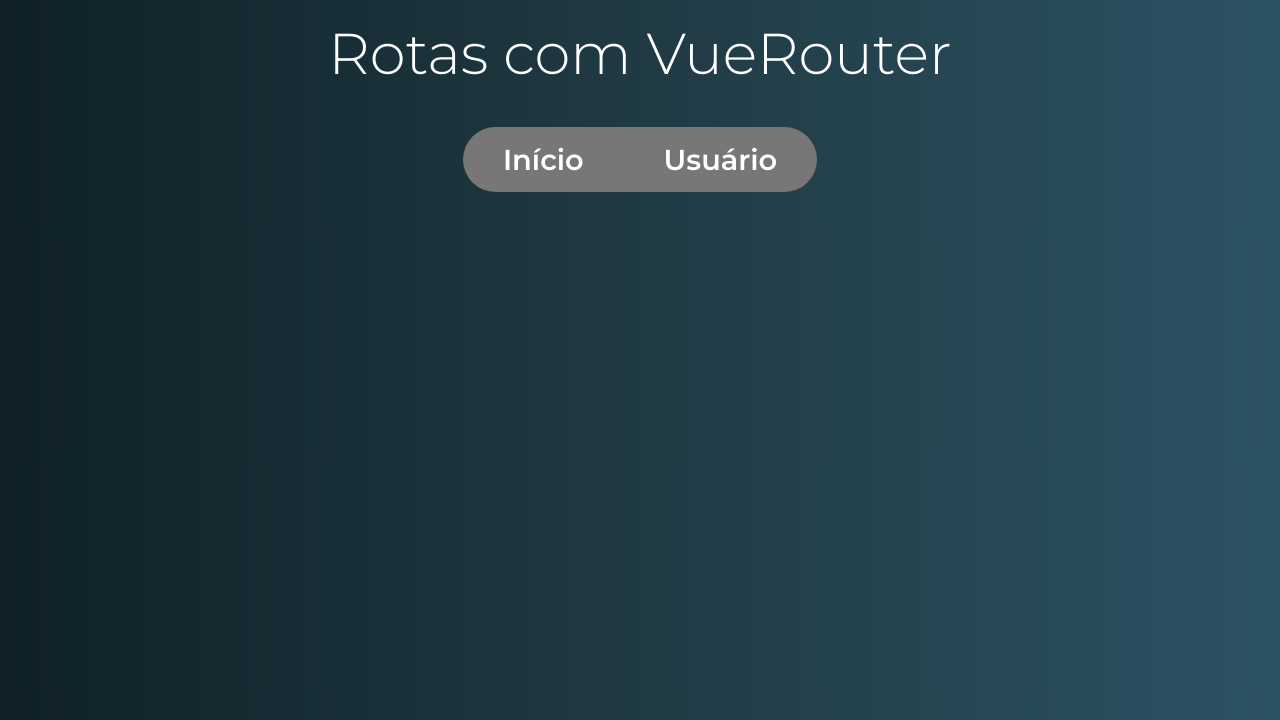
Repository: LucianoBitt/Curso_VueJS
Page: /usuario/10 (app in 14_rotas/rotas-exercicios/)
The author's editor kept a copy of each file at every save. The page is drawn from the files as they stood at one save, then again after the next save.
The browser window is 1280 px wide. The pictures show the whole page.
The project was rebuilt for these pictures with package versions that can differ from the ones it lists, and the page was loaded fresh each time. Also part of the build but not shown: 14_rotas/rotas-exercicios/src/components/Inicio.vue, 14_rotas/rotas-exercicios/src/components/usuario/Usuario.vue.

Above is the page before, as saved 2024-01-30 15:10:34.

### 14_rotas/rotas-exercicios/src/main.js
import '@/style.css'
import Vue from 'vue'
import App from '@/App.vue'
import router from '@/router'

Vue.config.productionTip = false

new Vue({
    router,
    render: h => h(App),
}).$mount('#app')

### 14_rotas/rotas-exercicios/src/App.vue
<template>
	<div id="app">
		<h1>Rotas com VueRouter</h1>
		<Menu />
		<router-view />
	</div>
</template>

<script>
import Menu from '@/components/template/Menu'
export default {
	components: { Menu },
}
</script>

<style>
	#app {
		display: flex;
		flex-direction: column;
		align-items: center;
	}
</style>

### 14_rotas/rotas-exercicios/src/router.js
import Vue from 'vue'
import Router from 'vue-router'
import Inicio from '@/components/Inicio'
import Usuario from '@/components/usuario/Usuario'

Vue.use(Router)

export default new Router({
    mode: 'history' + '',
    routes: [{
        path: '/',
        component: Inicio
    }, {
        path: '/usuario',
        component: Usuario
    }]
})

### 14_rotas/rotas-exercicios/src/components/template/Menu.vue
<template>
	<nav class="menu">
		<ul>
			<router-link to="/" tag="li"><a>Início</a></router-link>
			<router-link to="/usuario">Usuário</router-link>
		</ul>
	</nav>
</template>

<script>
export default {

}
</script>

<style>

</style>

Loaded but not shown: 14_rotas/rotas-exercicios/public/index.html (common file); 14_rotas/rotas-exercicios/src/style.css (common file)

After the next save:
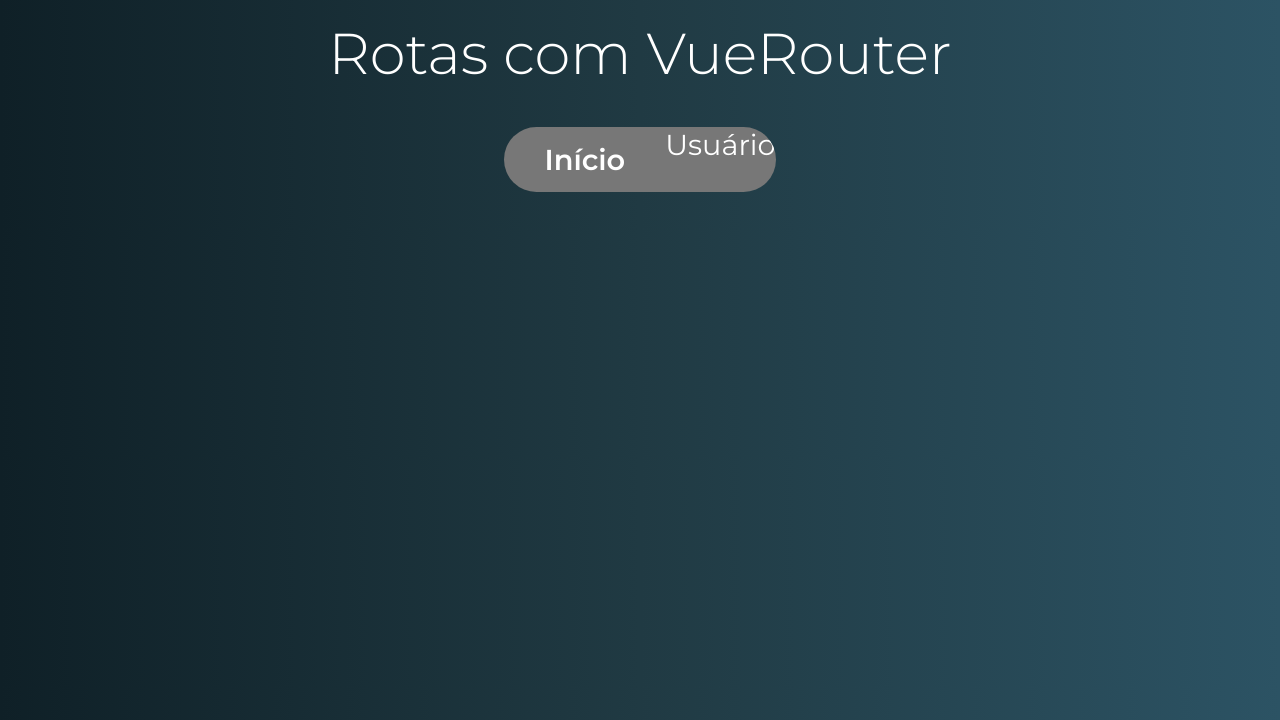
Saved 17 s later.
--- a/14_rotas/rotas-exercicios/src/components/template/Menu.vue
+++ b/14_rotas/rotas-exercicios/src/components/template/Menu.vue
@@ -2,7 +2,7 @@
 	<nav class="menu">
 		<ul>
 			<router-link to="/" tag="li"><a>Início</a></router-link>
-			<router-link to="/usuario">Usuário</router-link>
+			<router-link to="/usuario" tag="li">Usuário</router-link>
 		</ul>
 	</nav>
 </template>

After the 2 saves that followed:
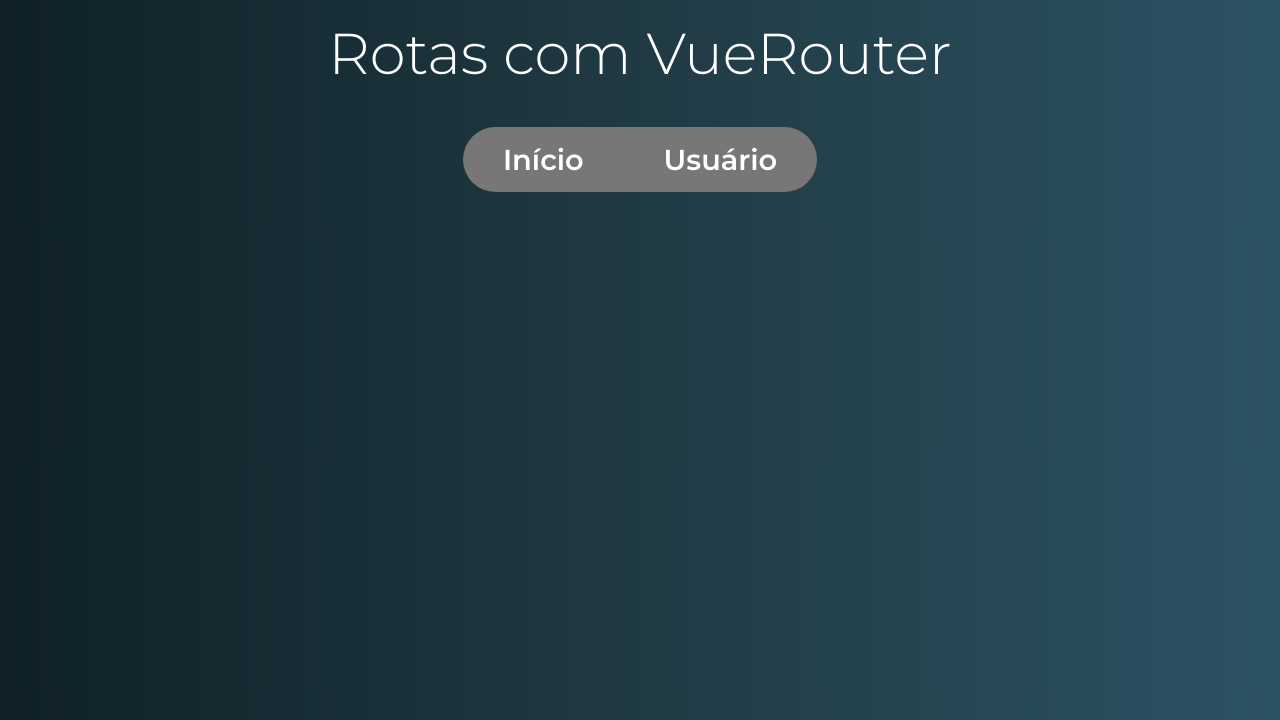
The 2 saves are shown as one change because 1 did not build or start.
The last was saved 26 s later.
--- a/14_rotas/rotas-exercicios/src/components/template/Menu.vue
+++ b/14_rotas/rotas-exercicios/src/components/template/Menu.vue
@@ -2,7 +2,7 @@
 	<nav class="menu">
 		<ul>
 			<router-link to="/" tag="li"><a>Início</a></router-link>
-			<router-link to="/usuario" tag="li">Usuário</router-link>
+			<router-link to="/usuario" tag="li"><a>Usuário</a></router-link>
 		</ul>
 	</nav>
 </template>
